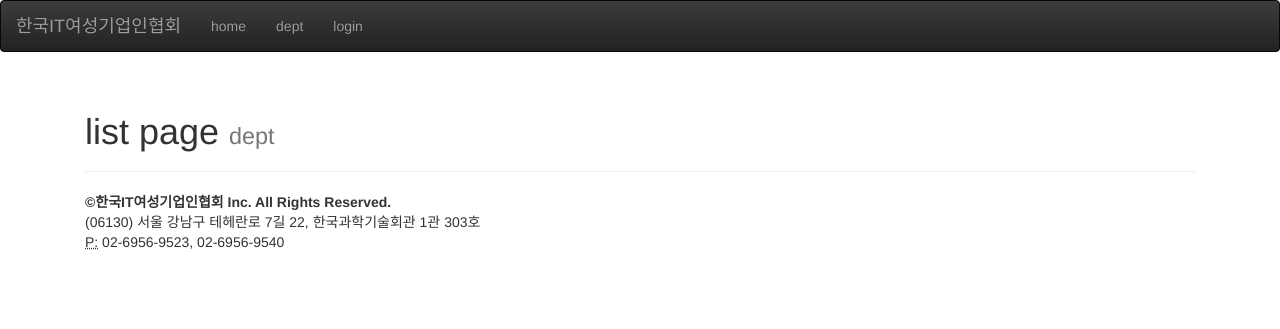
Repository: minho00123/sw-professional-training
Page: http://localhost/sts06/WEB-INF/views/dept/list.jsp
An editor plug-in stored every save of this project. The page is shown before and after the next save, followed by the edit.
The browser window is 1280 px wide. The pictures show the whole page.
The page is served by Tomcat 9. Nobody is signed in. Other server files are loaded and not shown. The template is opened directly, without the code that normally fills it, so the values that code supplies are empty.

Above is the page before, as saved 2025-05-20 07:00:32.
Console error (its wording comes from the project's code and is left out).

### stsWorkspace/sts06/src/main/webapp/WEB-INF/views/dept/list.jsp
<%@ page language="java" contentType="text/html; charset=UTF-8"
	pageEncoding="UTF-8"%>
<!DOCTYPE html>
<html>
<head>
<meta charset="UTF-8">
<title>Insert title here</title>
<%@ include file="../layout/header.jspf"%>
</head>
<body>
	<%@ include file="../layout/menu.jspf"%>
	<div class="page-header">
		<h1>
			list page <small>dept</small>
		</h1>
	</div>
	<%@ include file="../layout/footer.jspf"%>
</body>
</html>

### stsWorkspace/sts06/src/main/webapp/WEB-INF/views/layout/header.jspf
<%@ page language="java" contentType="text/html; charset=UTF-8"
    pageEncoding="UTF-8"%>
<%@ taglib prefix="c" uri="http://java.sun.com/jsp/jstl/core"%>
<!-- Latest compiled and minified CSS -->
<link rel="stylesheet"
	href="https://cdn.jsdelivr.net/npm/bootstrap@3.4.1/dist/css/bootstrap.min.css"
	integrity="sha384-HSMxcRTRxnN+Bdg0JdbxYKrThecOKuH5zCYotlSAcp1+c8xmyTe9GYg1l9a69psu"
	crossorigin="anonymous">

<!-- Optional theme -->
<link rel="stylesheet"
	href="https://cdn.jsdelivr.net/npm/bootstrap@3.4.1/dist/css/bootstrap-theme.min.css"
	integrity="sha384-6pzBo3FDv/PJ8r2KRkGHifhEocL+1X2rVCTTkUfGk7/0pbek5mMa1upzvWbrUbOZ"
	crossorigin="anonymous">

<!-- Latest compiled and minified JavaScript -->
<script
	src="https://cdn.jsdelivr.net/npm/bootstrap@3.4.1/dist/js/bootstrap.min.js"
	integrity="sha384-aJ21OjlMXNL5UyIl/XNwTMqvzeRMZH2w8c5cRVpzpU8Y5bApTppSuUkhZXN0VxHd"
	crossorigin="anonymous"></script>

<!-- jQuery (necessary for Bootstrap's JavaScript plugins) -->
<script src="https://code.jquery.com/jquery-1.12.4.min.js"
	integrity="sha384-nvAa0+6Qg9clwYCGGPpDQLVpLNn0fRaROjHqs13t4Ggj3Ez50XnGQqc/r8MhnRDZ"
	crossorigin="anonymous"></script>

### stsWorkspace/sts06/src/main/webapp/WEB-INF/views/layout/menu.jspf
<%@ page language="java" contentType="text/html; charset=UTF-8"
    pageEncoding="UTF-8"%>
<nav class="navbar navbar-inverse">
		<div class="container-fluid">
			<div class="navbar-header">
				<a class="navbar-brand" href="${pageContext.request.contextPath }/">
					한국IT여성기업인협회 </a>
			</div>
			<div class="collapse navbar-collapse"
				id="bs-example-navbar-collapse-1">
				<ul class="nav navbar-nav">
					<li><a href="${pageContext.request.contextPath }/">home</a></li>
					<li><a href="${pageContext.request.contextPath }/dept/">dept</a></li>
					<li><a href="${pageContext.request.contextPath }/login/">login</a></li>
				</ul>
			</div>
		</div>
	</nav>
	<div class="container">
		<div class="col-md-12">
			<!-- begin -->

### stsWorkspace/sts06/src/main/webapp/WEB-INF/views/layout/footer.jspf
<%@ page language="java" contentType="text/html; charset=UTF-8"
    pageEncoding="UTF-8"%>
			<!-- end -->
		</div>
		<div class="col-md-12">
			<address>
				<strong>©한국IT여성기업인협회 Inc. All Rights Reserved.</strong><br>
				(06130) 서울 강남구 테헤란로 7길 22, 한국과학기술회관 1관 303호 <br> <abbr
					title="Phone">P:</abbr> 02-6956-9523, 02-6956-9540
			</address>
		</div>
	</div>

After the next save:
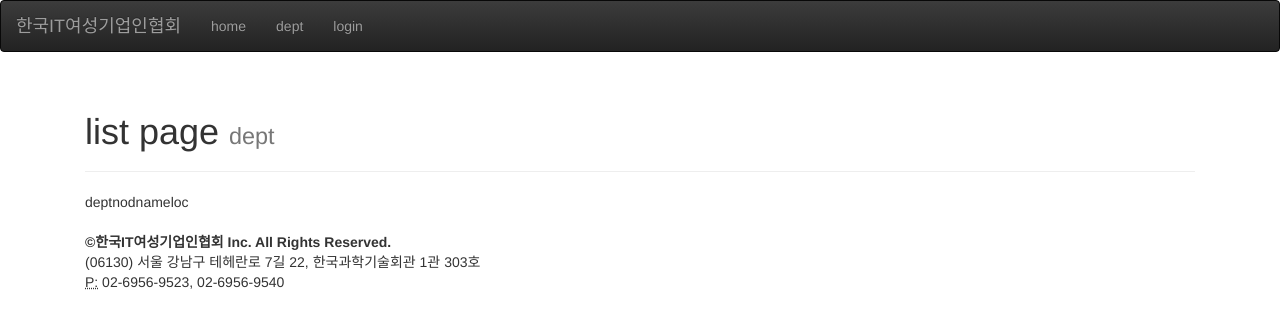
Saved 36 s later.
--- a/stsWorkspace/sts06/src/main/webapp/WEB-INF/views/dept/list.jsp
+++ b/stsWorkspace/sts06/src/main/webapp/WEB-INF/views/dept/list.jsp
@@ -14,6 +14,13 @@
 			list page <small>dept</small>
 		</h1>
 	</div>
+	<table class="table">
+		<thead>
+			<tr>deptno</tr>
+			<tr>dname</tr>
+			<tr>loc</tr>
+		</thead>
+	</table>
 	<%@ include file="../layout/footer.jspf"%>
 </body>
 </html>
